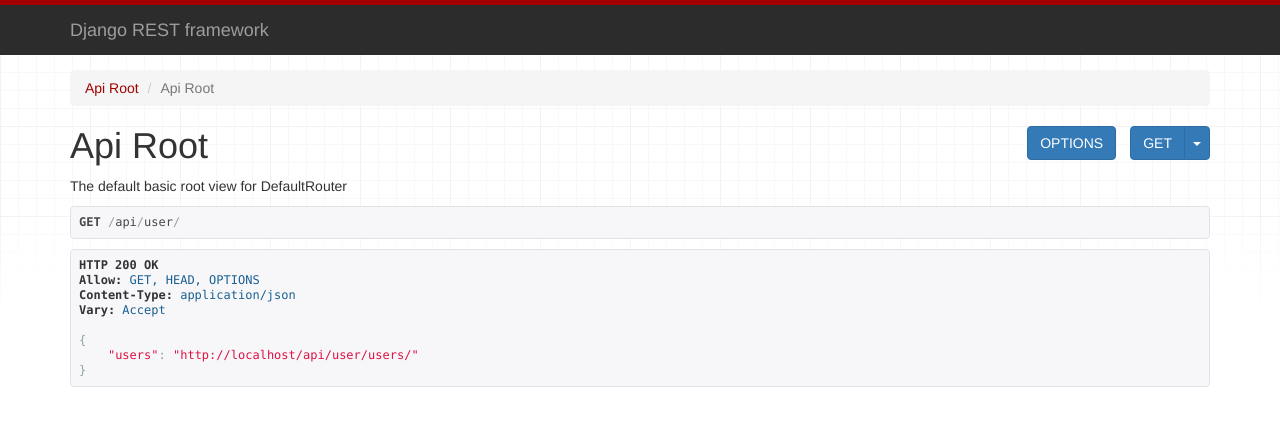
Repository: hayagooo/aisola
Page: http://localhost/api/user/
These files come from the project's save history. The page is drawn as it stood at one moment and after the next save; the edit follows.
The browser window is 1280 px wide. The pictures show the whole page.
The page is served by the project's application, run on Django 4.2 (manage.py). Other server files are loaded and not shown.

Above is the page before, as saved 2024-11-03 23:43:50.

### myserver/urls.py
from django.contrib import admin
from django.urls import path, include

urlpatterns = [
    path('admin/', admin.site.urls),
    path('api/', include('solars.urls')),
    path('api/', include('users.urls'))
]

### solars/urls.py
from django.urls import path, include
from rest_framework.routers import DefaultRouter
from . import views

router = DefaultRouter()
router.register(r'solars', views.SolarsViewSet)
router.register(r'output', views.OutputViewSet)

urlpatterns = [
    path('', include(router.urls)),
]

### users/urls.py
from django.urls import path, include
from rest_framework.routers import DefaultRouter
from .views import UserRegisterView, UserLoginView
from . import views

router = DefaultRouter()
router.register(r'users', views.UserViewSet)

urlpatterns = [
    path('user/', include(router.urls)),
    path('register/', UserRegisterView.as_view(), name='user-register'),
    path('login/', UserLoginView.as_view(), name='user-login'),
]

After the next save:
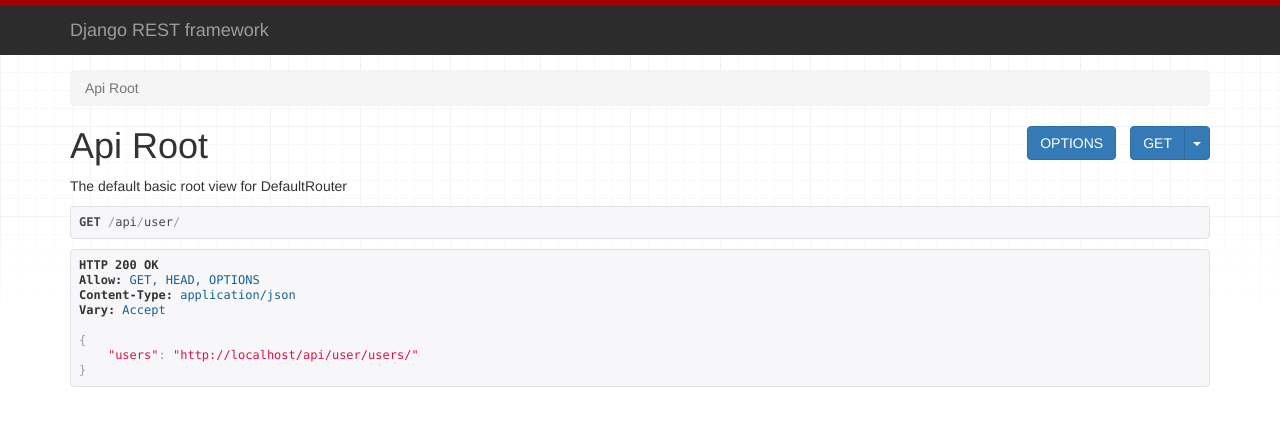
Saved 2 h 0 min later.
--- a/solars/urls.py
+++ b/solars/urls.py
@@ -7,5 +7,5 @@
 router.register(r'output', views.OutputViewSet)
 
 urlpatterns = [
-    path('', include(router.urls)),
+    path('solars/', include(router.urls)),
 ]

After the save that followed:
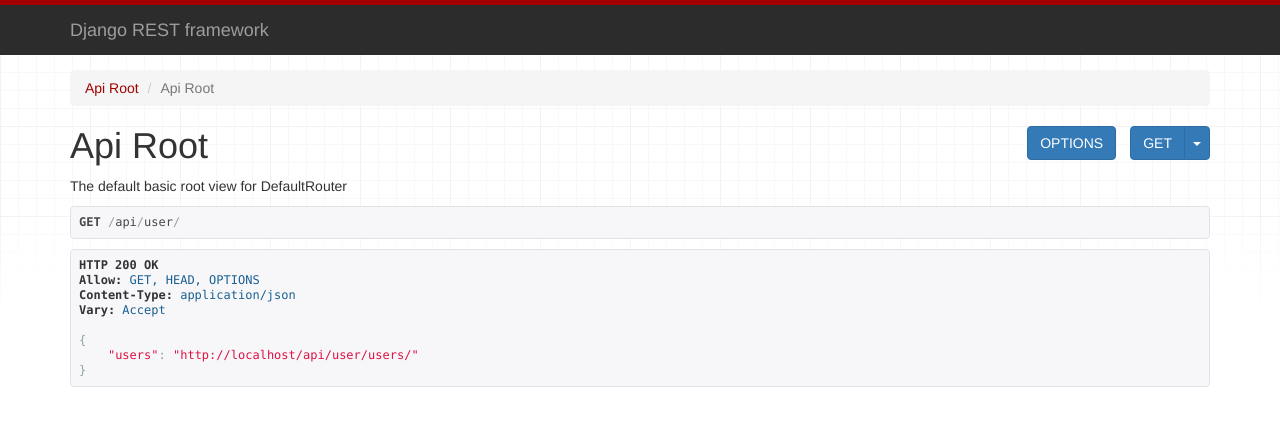
Saved 2 min 23 s later.
--- a/solars/urls.py
+++ b/solars/urls.py
@@ -7,5 +7,5 @@
 router.register(r'output', views.OutputViewSet)
 
 urlpatterns = [
-    path('solars/', include(router.urls)),
+    path('', include(router.urls)),
 ]
